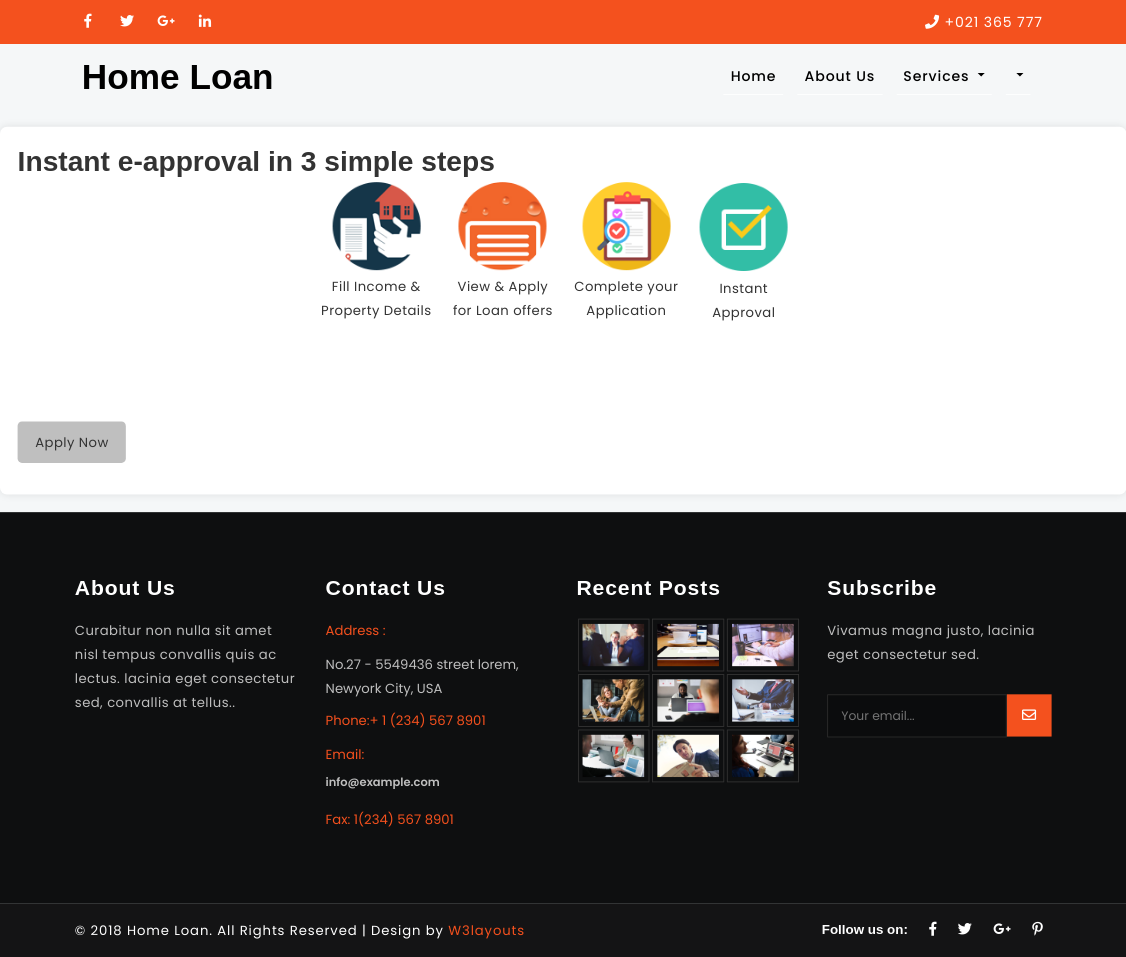
Repository: 72-faisal/Spring-MVC-project
Page: http://localhost/HomeLoan/WEB-INF/views/LoanApplyOnline.jsp
An editor plug-in stored every save of this project. The page is shown before and after the next save, followed by the edit.
The browser window is 1280 px wide. The pictures show the whole page, at 88% of full size.
Some web fonts or font styles are not loaded; a fallback is used. The page is served by Tomcat 9. Nobody is signed in. The template is opened directly, without the code that normally fills it, so the values that code supplies are empty.

Above is the page before, as saved 2023-12-28 06:11:59.

After the next save:
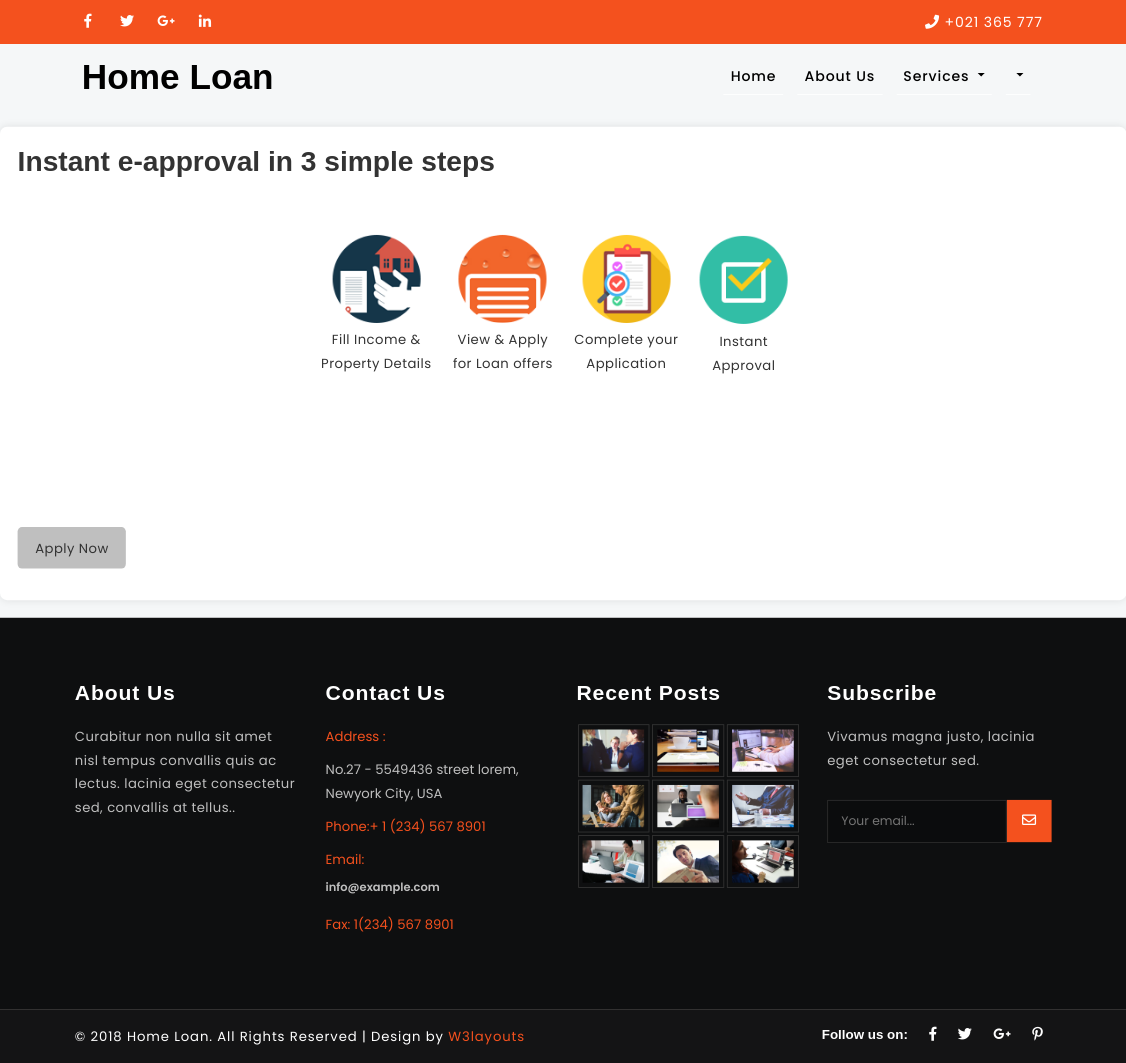
Saved 51 s later.
--- a/HomeLoan/src/main/webapp/WEB-INF/views/LoanApplyOnline.jsp
+++ b/HomeLoan/src/main/webapp/WEB-INF/views/LoanApplyOnline.jsp
@@ -53,7 +53,7 @@ body {
 
 .apply-online ul {
 	list-style: none;
-	padding: 0;
+	padding: 60px;
 	margin: 0;
 	text-align: center;
 }
